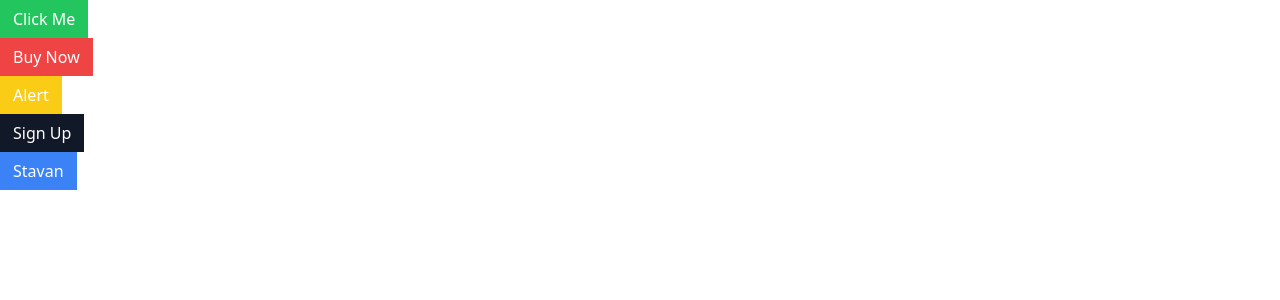
Repository: stavan30/components
Page: /
The author's editor kept a copy of each file at every save. The page is drawn from the files as they stood at one save, then again after the next save.
The browser window is 1280 px wide. The pictures show the whole page.
The project was rebuilt for these pictures with package versions that can differ from the ones it lists, and the page was loaded fresh each time.

Above is the page before, as saved 2024-03-12 00:30:02.

After the next save:
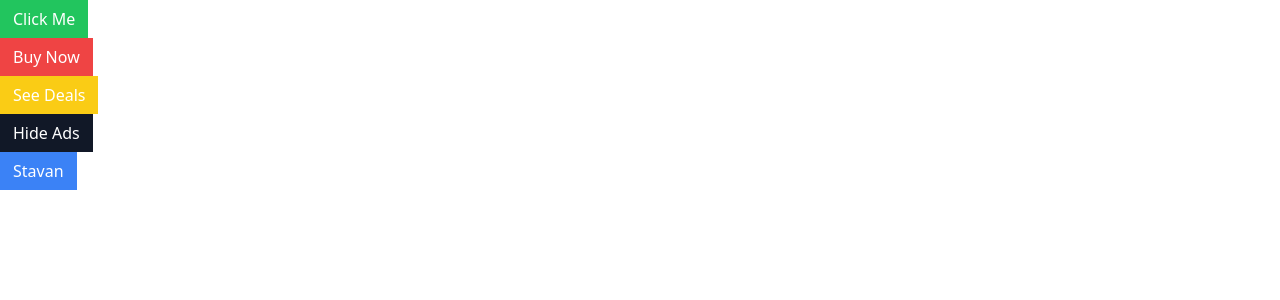
Saved 52 s later.
--- a/src/App.js
+++ b/src/App.js
@@ -12,10 +12,10 @@ const App = () => {
             <Button danger outline>Buy Now</Button>
         </div>
         <div>
-            <Button warning>Alert</Button>
+            <Button warning>See Deals</Button>
         </div>
         <div>
-            <Button secondary outline>Sign Up</Button>
+            <Button secondary outline>Hide Ads</Button>
         </div>
         <div>
             <Button primary rounded>Stavan</Button>
